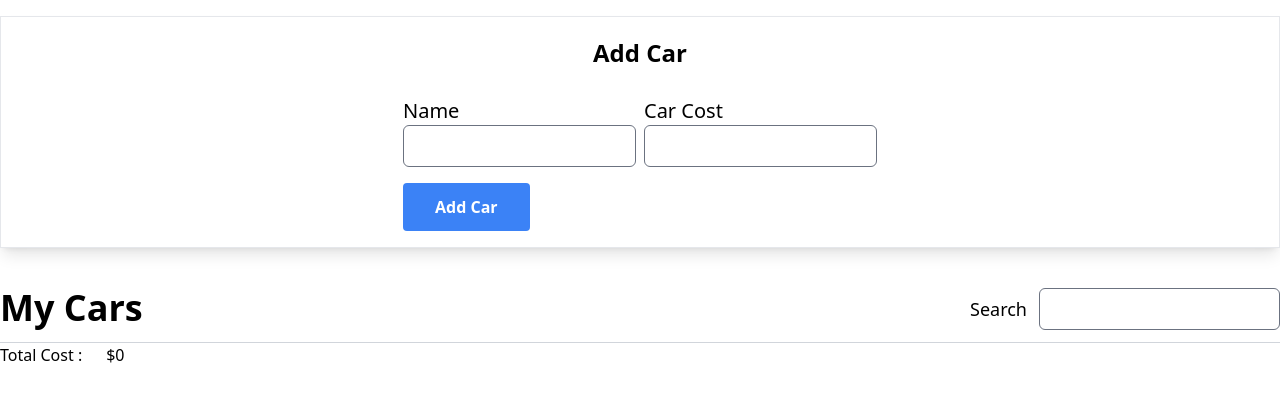
Repository: Marhamat92/carsappreduxtoolkit
Page: /
An editor plug-in stored every save of this project. The page is shown before and after the next save, followed by the edit.
The browser window is 1280 px wide. The pictures show the whole page.
The project was rebuilt for these pictures with package versions that can differ from the ones it lists, and the page was loaded fresh each time.

Above is the page before, as saved 2023-01-24 00:45:20.

### src/index.js
import React from 'react';
import ReactDOM from 'react-dom/client';
import './index.css';
import App from './App';
import { Provider } from 'react-redux';
import { store } from './store'


const root = ReactDOM.createRoot(document.getElementById('root'));
root.render(
  <Provider store={store}>
    <App />
  </Provider>
);

### src/App.js
import CarForm from "./components/CarForm";
import CarList from "./components/CarList";
import CarSearch from "./components/CarSearch";
import CarValue from "./components/CarValue";


function App() {
  return (
    <div className="container mx-auto">
      <CarForm />
      <CarSearch />
      <CarList />
      <CarValue />
    </div>
  );
}

export default App;

### src/store/index.js
import { configureStore } from "@reduxjs/toolkit";
import {
  carsReducer,
  addCar,
  removeCar,
  changeSearchTerm,
} from "./slices/carsSlice";
import { formReducer, changeName, changeCost } from "./slices/formSlice";

const store = configureStore({
  reducer: {
    cars: carsReducer,
    form: formReducer,
  },
})

export { store, addCar, removeCar, changeSearchTerm, changeName, changeCost };

### src/components/CarForm.js
import React from 'react'
import { useDispatch, useSelector } from 'react-redux'
import { changeName, changeCost, addCar } from '../store'



function CarForm() {
  const dispatch = useDispatch(); // this is the hook that allows us to dispatch actions to the store
  const { name, cost } = useSelector((state) => { // this is the hook that allows us to access the store
    return {
      name: state.form.name,
      cost: state.form.cost
    }
  })


  const handleNameChange = (e) => {
    dispatch(changeName(e.target.value))
  }

  const handleCostChange = (e) => {
    const carCost = parseInt(e.target.value) || 0;
    dispatch(changeCost(carCost))

  }


  const handleSubmit = (e) => {
    e.preventDefault();
    dispatch(addCar({ name, cost }))
  }


  //!after adding a car, clear the form fields with extra reducers which will be added to the formSlice,otherwise we can use dispatch(changeName('')) and dispatch(changeCost(0)) to clear the form fields but it is not a good practice



  return (
    <div className='flex flex-col items-center justify-center border shadow-lg py-4 mt-4'>
      <h1 className='font-bold text-2xl py-1' >Add Car</h1>
      <div className='mt-6'>
        <form onSubmit={handleSubmit} className=''>
          <div className='flex flex-row space-x-2'>
            <div className='flex flex-col'>
              <label className='text-xl' htmlFor='make'>Name</label>
              <input className=' border border-gray-500 rounded-md py-2

              ' value={name} onChange={handleNameChange} type='text' name='carName' id='carName' />
            </div>
            <div className='flex flex-col'>
              <label className='text-xl' htmlFor='price'>Car Cost</label>
              <input className=' border border-gray-500 rounded-md py-2

              ' value={cost || ''} onChange={handleCostChange} type='number' name='price' id='price' />
            </div>
          </div>
          <button className='bg-blue-500 hover:bg-blue-700 text-white font-bold py-3  px-8 rounded mt-4' type='submit'>Add Car</button>
        </form>
      </div>
    </div>
  )
}

export default CarForm

### src/components/CarList.js
import React from 'react'
import { useSelector, useDispatch } from 'react-redux'
import { removeCar } from '../store'


function CarList() {


  const dispatch = useDispatch();

  const cars = useSelector(({ cars: { searchTerm, data } }) => {   //! <--- destructuring the state object to get the searchTerm and data properties
    return data.filter((car) => {
      return car.name.toLowerCase().includes(searchTerm.toLowerCase())
    })
  })

  const handleDeleteCar = (car) => {
    dispatch(removeCar(car.id))
  }



  const renderedCars = cars.map((car) => {
    return (
      <div className='flex justify-between space-y-3 items-center shadow-lg mt-4 py-2 px-4 rounded-md' key={car.id}>
        <p className='text-3xl' >{car.name} - ${car.cost}</p>
        <button onClick={() => handleDeleteCar(car)} className='bg-red-500 px-4 py-2 text-3xl rounded-md'>
          Remove
        </button>
      </div>
    )
  })




  return (
    <div>{renderedCars}</div>
  )
}

export default CarList

### src/components/CarSearch.js
import React from 'react'
import { useSelector, useDispatch } from 'react-redux'
import { changeSearchTerm } from '../store'


function CarSearch() {

  const dispatch = useDispatch();
  const searchTerm = useSelector((state) => {

    return state.cars.searchTerm

  })

  const handleSearchCarTerm = (e) => {
    dispatch(changeSearchTerm(e.target.value))
  }



  return (
    <div>
      <div className='flex justify-between mt-10 border-b border-gray-300 pb-3' >
        <h1 className='text-4xl font-bold' >My Cars</h1>
        <div className='flex space-x-3 items-center' >
          <label className='text-lg' htmlFor="">Search</label>
          <input value={searchTerm} onChange={handleSearchCarTerm} className='pl-2 border border-gray-500 py-2 rounded-md' type="text" />
        </div>
      </div>
    </div>
  )
}

export default CarSearch

### src/components/CarValue.js
import React from 'react'
import { useSelector } from 'react-redux'

function CarValue() {

  const totalCost = useSelector(({ cars: { data, searchTerm } }) =>
    data.filter((car) => car.name.toLowerCase().includes(searchTerm.toLowerCase())
    )
      .reduce((acc, car) => acc + car.cost, 0)
  );



  return (
    <div className='flex  space-x-6'>
      <h1>Total Cost :</h1>
      <h1>${totalCost}</h1>
    </div>
  )
}

export default CarValue

### src/store/slices/carsSlice.js
import { createSlice, nanoid } from '@reduxjs/toolkit';

const carsSlice = createSlice({
  name: 'cars',
  initialState: {
    data: [],
    searchTerm: ''
  },
  reducers: {
    changeSearchTerm(state, action) {
      state.searchTerm = action.payload;
    },
    addCar(state, action) {
      //Assumption:
      //action.payload is an object with the following properties:
      //name, cost, id
      state.data.push({
        name: action.payload.name,
        cost: action.payload.cost,
        id: nanoid()
      })
    },
    removeCar(state, action) {
      //Assumption:
      //action.payload is the id of the car to remove
      const updatedCars = state.data.filter((car) => {
        return car.id !== action.payload;
      })
      state.data = updatedCars;
    }

  }
})

export const { changeSearchTerm, addCar, removeCar } = carsSlice.actions;
export const carsReducer = carsSlice.reducer;

### src/store/slices/formSlice.js
import { createSlice } from '@reduxjs/toolkit';
import { addCar } from './carsSlice';

const formSlice = createSlice({
  name: 'form',
  initialState: {
    name: '',
    cost: 0
  },
  reducers: {
    changeName(state, action) {
      state.name = action.payload;
    },
    changeCost(state, action) {
      state.cost = action.payload;
    }
  },
  extraReducers(builder) {
    builder.addCase(addCar, (state, action) => {
      state.name = '';
      state.cost = 0;
    })
  }
})

//extraReducers is a function that takes a builder object as an argument and we can use the builder object to add extra reducers to the formSlice
//addCase is a function that takes an action and a reducer as arguments and adds the reducer to the formSlice
//the reducer will be called when the action is dispatched


export const { changeName, changeCost } = formSlice.actions;
export const formReducer = formSlice.reducer;

Loaded but not shown: public/index.html (common file); src/index.css (common file); tailwind.config.js (common file)

After the next save:
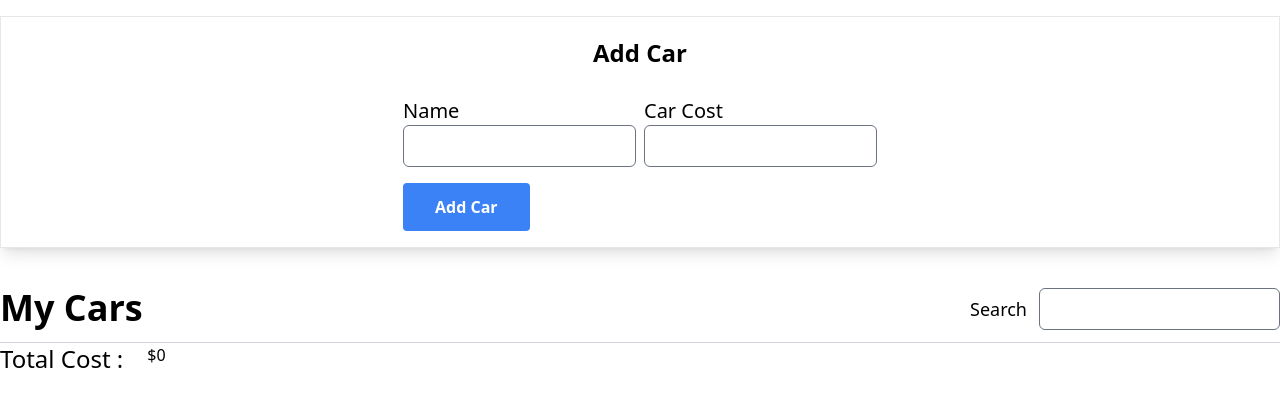
Saved 15 s later.
--- a/src/components/CarValue.js
+++ b/src/components/CarValue.js
@@ -13,7 +13,7 @@ function CarValue() {
 
   return (
     <div className='flex  space-x-6'>
-      <h1>Total Cost :</h1>
+      <h1 className='text-2xl' >Total Cost :</h1>
       <h1>${totalCost}</h1>
     </div>
   )
